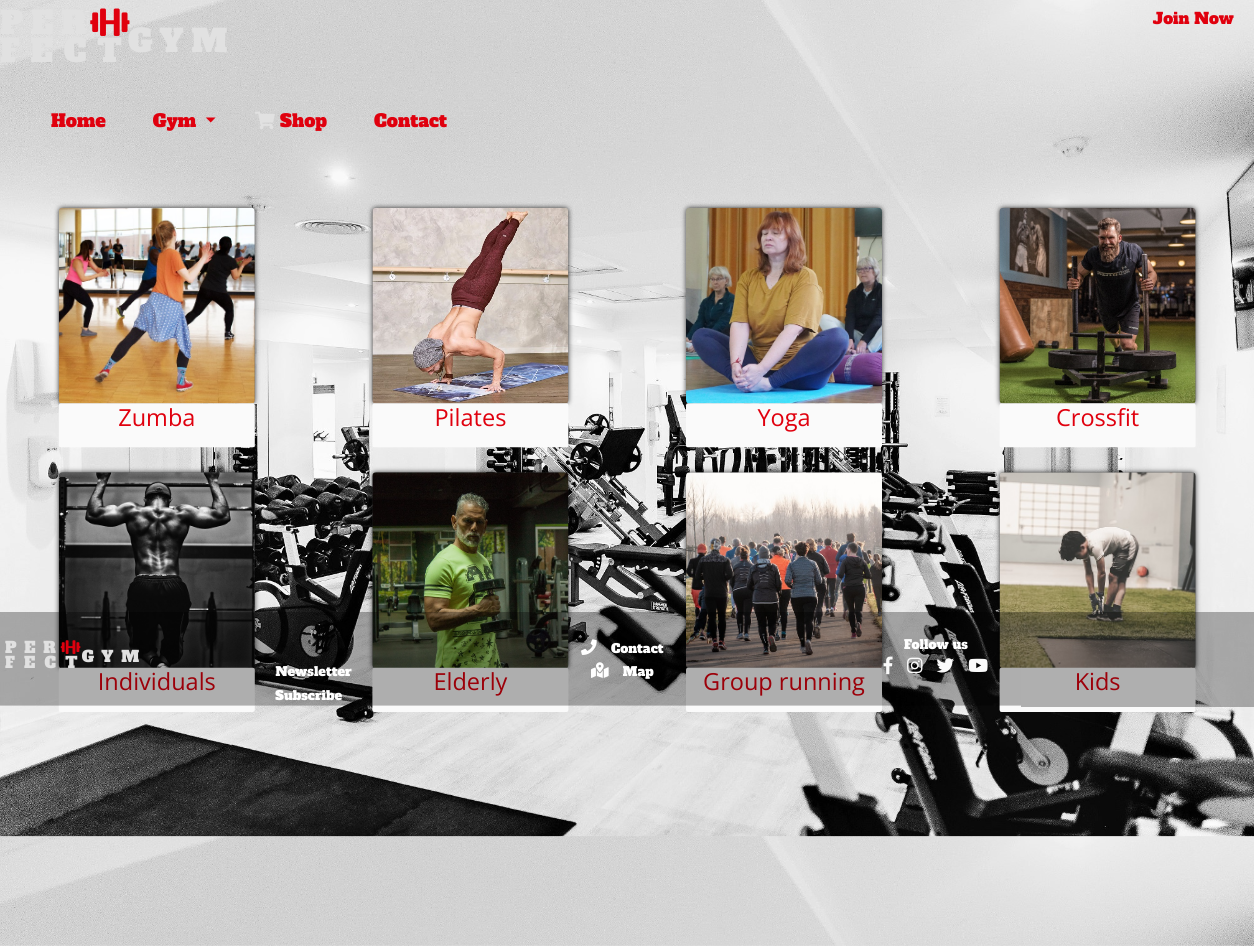
Repository: meghdadyazdi/UCFD-Milestone
Page: activities.html
The author's editor kept a record of every edit. The page is drawn from the files as they stood at one moment, then again after the next edit.
The browser window is 1280 px wide. The pictures show the whole page, at 98% of full size.
Backgrounds fixed to the window are drawn as part of the page. Some web libraries are served in a nearby version.

Above is the page before.

After the next edit:
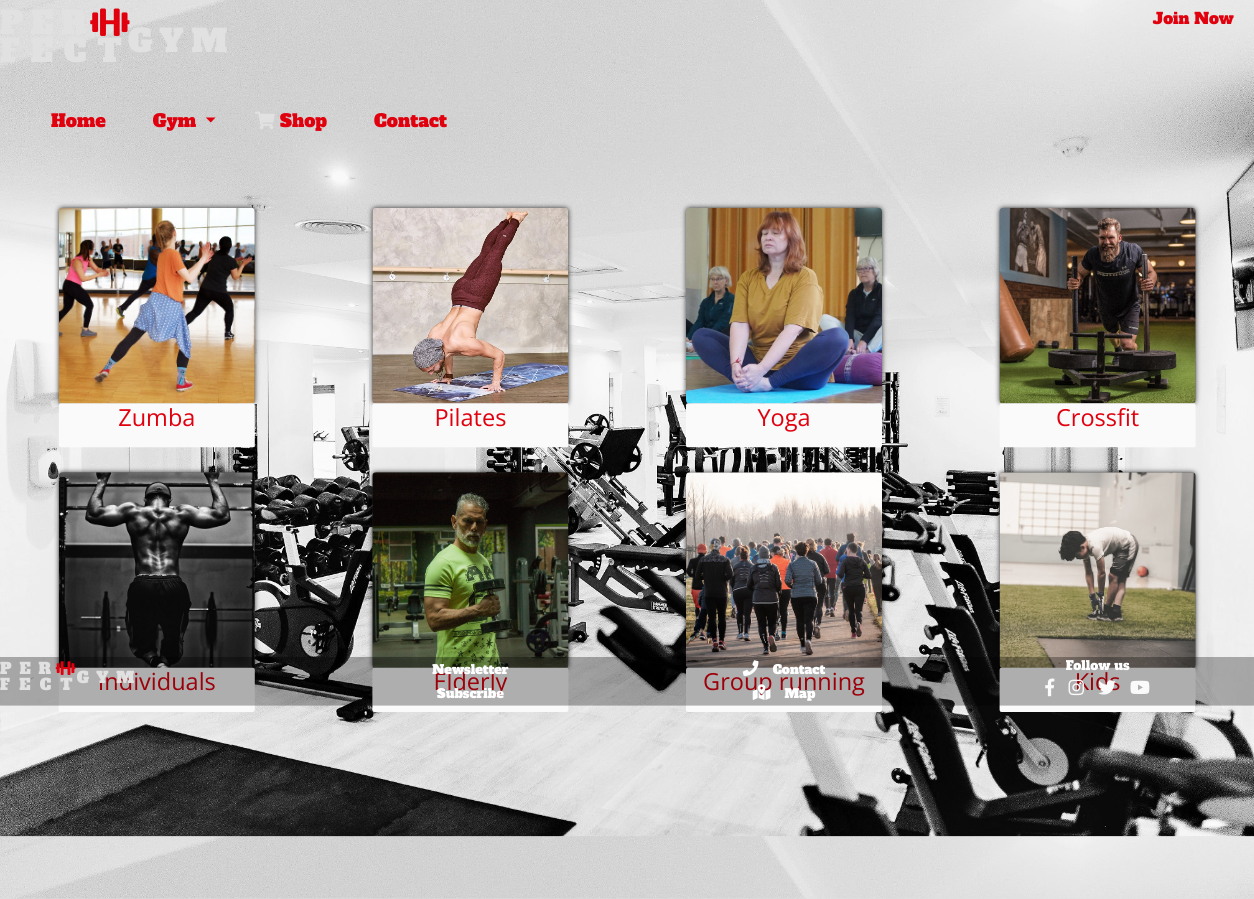
The edit:
--- a/activities.html
+++ b/activities.html
@@ -117,6 +117,7 @@
                 <div class="box-activity image-kids">
                     <h2>Kids</h2>
                 </div>
+                </a>
             </div>
         </div>
     </section>
